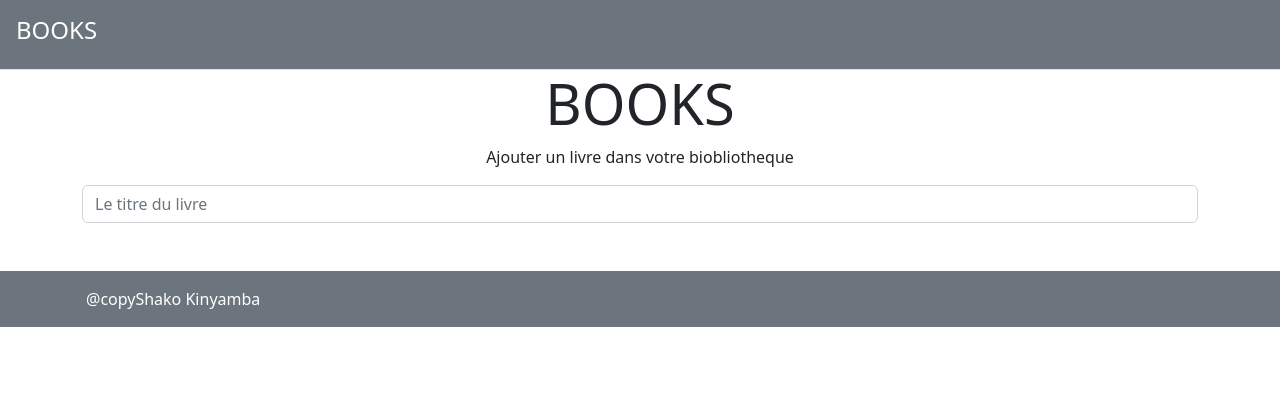
Repository: SKB-TECH/Books
Page: /
The author's editor kept a copy of each file at every save. The page is drawn from the files as they stood at one save, then again after the next save.
The browser window is 1280 px wide. The pictures show the whole page.
The project was rebuilt for these pictures with package versions that can differ from the ones it lists, and the page was loaded fresh each time. Also part of the build but not shown: vite.config.js.

Above is the page before, as saved 2022-11-09 15:44:25.

### src/main.jsx
import React from 'react'
import ReactDOM from 'react-dom/client'
import App from './App'
import 'bootstrap/dist/css/bootstrap.min.css'

ReactDOM.createRoot(document.getElementById('root')).render(
  <React.StrictMode>
    <App />
  </React.StrictMode>
)

### src/App.jsx
import React from 'react';
import Footer from './components/Footer';
import Navbar from './components/Navbar';
import AddBooks from './Containers/AddBooks'
const App = () => {
  return (
    <div className='App'>
      <Navbar />
      <AddBooks />
      <Footer />
    </div>
  );
};

export default App;

### src/components/Footer.jsx
import React from 'react';

const Footer = () => {
    return (
        <footer className='footer text-white bg-secondary mt-5'>
            <div className='container p-3'>
                <span>
                    @copyShako Kinyamba
                </span>
            </div>
        </footer>
    );
};

export default Footer;

### src/components/Navbar.jsx
import React from 'react';

const Navbar = () => {
    return (
        <header>
            <div className='d-flex flex-column flex-md-row p-3 border-bottom bg-secondary text-white'>
                <h4 className='mr-md-auto'>
                    <a href="/" className='text-decoration-none text-white'>BOOKS</a>
                </h4>
            </div>
            {/* Menu principl */}
        </header>
    );
};

export default Navbar;

### src/Containers/AddBooks.jsx
import React from 'react';

const AddBooks = () => {
    return (
        <main role="main">
            <div className='jumbotron jumbotron-fluid'>
                <div className='container text-center'>
                    <h1 className='display-4'>
                        BOOKS
                    </h1>
                    <p>
                        Ajouter un livre dans votre biobliotheque
                    </p>

                    <form action="" className='form-inline justify-content-center'>
                        <div className='form-group'>
                            <input type="text"
                                className='form-control'
                                placeholder='Le titre du livre'
                                required
                            />
                        </div>
                    </form>
                </div>
            </div>
        </main>
    );
};

export default AddBooks;

Loaded but not shown: index.html (common file)

After the next save:
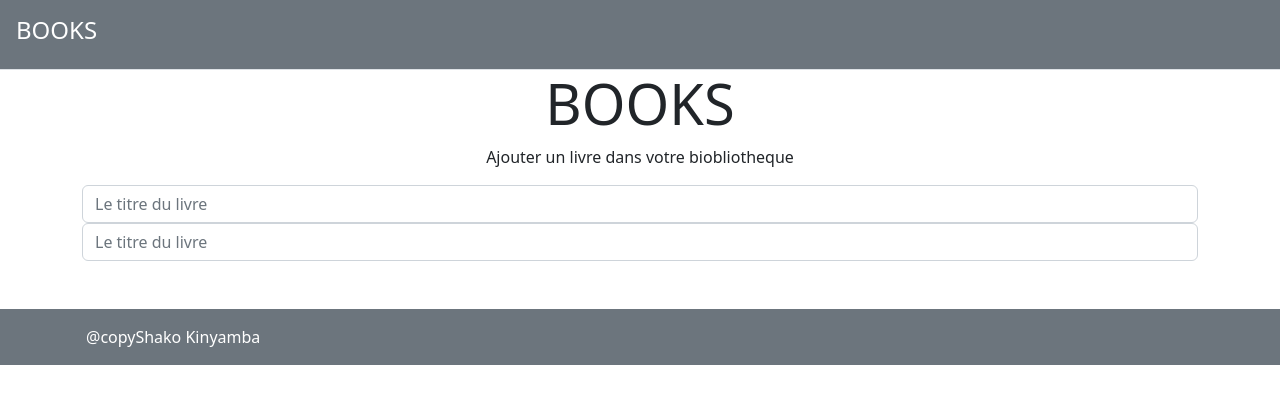
Saved 53 s later.
--- a/src/Containers/AddBooks.jsx
+++ b/src/Containers/AddBooks.jsx
@@ -20,6 +20,13 @@ const AddBooks = () => {
                                 required
                             />
                         </div>
+                        <div className='form-group'>
+                            <input type="text"
+                                className='form-control'
+                                placeholder='Le titre du livre'
+                                required
+                            />
+                        </div>
                     </form>
                 </div>
             </div>
